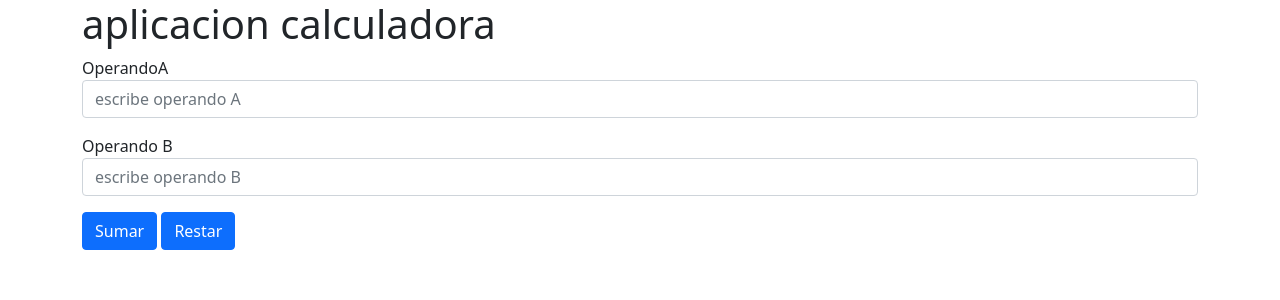
Repository: iwinser117/dw
Page: javascript udemy 43/ejercices/calculadora/index.html
These files come from the project's save history. The page is drawn as it stood at one moment and after the next save; the edit follows.
The browser window is 1280 px wide. The pictures show the whole page.

Above is the page before, as saved 2022-10-02 12:17:14.

### javascript udemy 43/ejercices/calculadora/index.html
<!doctype html>
<html>

<head>
    <meta charset="utf-8">
    <meta name="viewport" content="width=device-width, initial-scale=1">
    <link href="https://cdn.jsdelivr.net/npm/bootstrap@5.1.3/dist/css/bootstrap.min.css" rel="stylesheet"
        integrity="sha384-1BmE4kWBq78iYhFldvKuhfTAU6auU8tT94WrHftjDbrCEXSU1oBoqyl2QvZ6jIW3" crossorigin="anonymous">

    <title>aplicacion calculadora</title>
</head>

<body>
    <div class="container">
        <h1 class="display-3s">aplicacion calculadora</h1>

        <form id="forma">
            <div class="mb-3">
                <label for="operandoA">OperandoA</label>
                <input type="number"  class="form-control" id="operandoA" placeholder="escribe operando A">
            </div>
            <div class="mb-3">
                <label for="operandoB">Operando B</label>
                <input type="number" class="form-control" placeholder="escribe operando B" id="operandoB">
            </div>


    </form>

    <div class="btn-fcn" >
        <button class="btn btn-primary mb-3" onclick="sumar()">Sumar</button>

        <button class="btn btn-primary mb-3" onclick="restar()">Restar</button>




    </div>

    <div id="resultadoResta"></div>
    <div id="resultado"></div>

    </div>
    </div>


    <script src="https://cdn.jsdelivr.net/npm/bootstrap@5.1.3/dist/js/bootstrap.bundle.min.js"
        integrity="sha384-ka7Sk0Gln4gmtz2MlQnikT1wXgYsOg+OMhuP+IlRH9sENBO0LRn5q+8nbTov4+1p"
        crossorigin="anonymous"></script>
    <script src="js/app.js"></script>
</body>

</html>

### javascript udemy 43/ejercices/calculadora/js/app.js
const forma = document.getElementById(`forma`);
let operandoA = forma[`operandoA`];
let operandoB = forma[`operandoB`];




function sumar(){
    let resultado = parseInt(operandoA.value) + parseInt(operandoB.value);
    if (isNaN(resultado))
        resultado = `la operacion le faltan numeros`;
    document.getElementById(`resultado`).innerHTML = `resultado de la suma es : ${resultado}`;
    console.log(`resultado de la suma es : ${resultado}`);
}



function restar(){
    let resultadoResta = parseInt(operandoA.value) - parseInt(operandoB.value);
    if (isNaN(resultadoResta))
        resultadoResta = `la operacion le faltan numeros`;
    document.getElementById(`resultadoResta`).innerHTML = `resultado de la resta es : ${resultadoResta}`;
    console.log(`resultado de la resta es : ${resultadoResta}`);
}

After the next save:
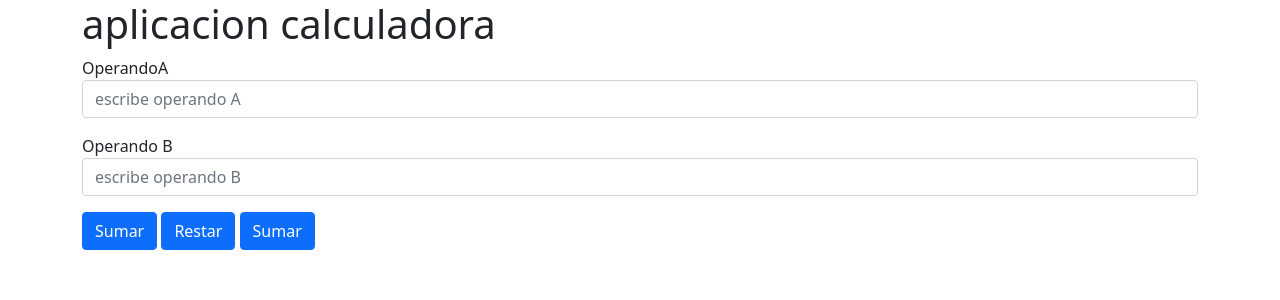
Saved 4 s later.
--- a/javascript udemy 43/ejercices/calculadora/index.html
+++ b/javascript udemy 43/ejercices/calculadora/index.html
@@ -32,7 +32,7 @@
 
         <button class="btn btn-primary mb-3" onclick="restar()">Restar</button>
 
-
+        <button class="btn btn-primary mb-3" onclick="sumar()">Sumar</button>
 
 
     </div>
